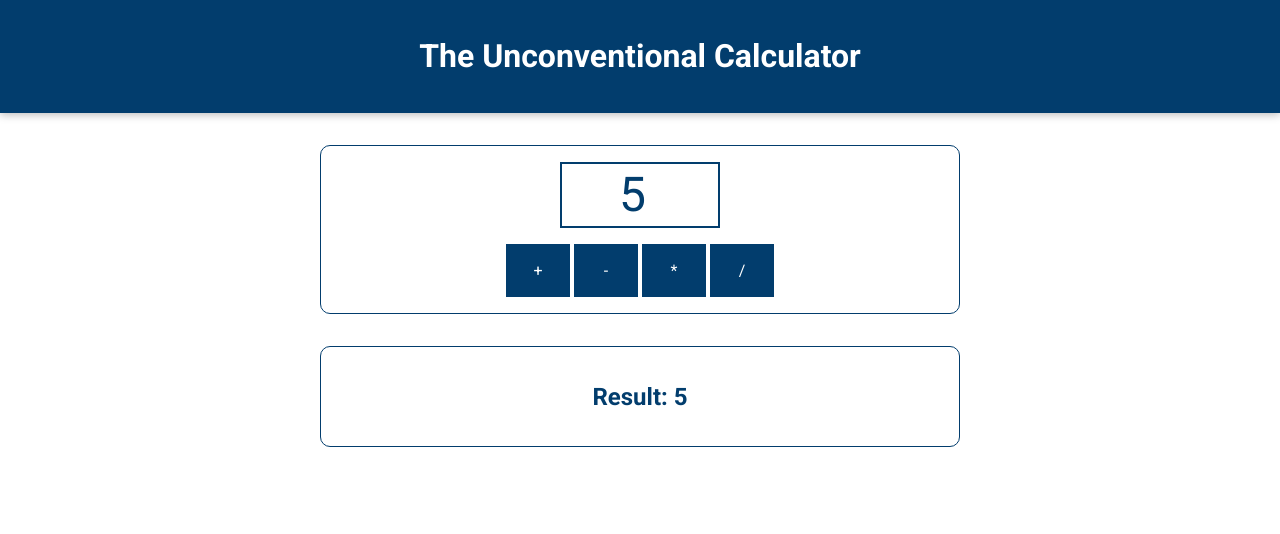
Repository: rafal-bedkowski/JSFundamentalCourse
Page: index.html
The author's editor kept a copy of each file at every save. The page is drawn from the files as they stood at one save, then again after the next save.
The browser window is 1280 px wide. The pictures show the whole page.
Empty fields were first filled with sample values (such as "Sample", 5 or name@example.com).
After loading, the first visible `#btn-add` was clicked once.

Above is the page before, as saved 2022-09-07 12:35:29.

After the next save:
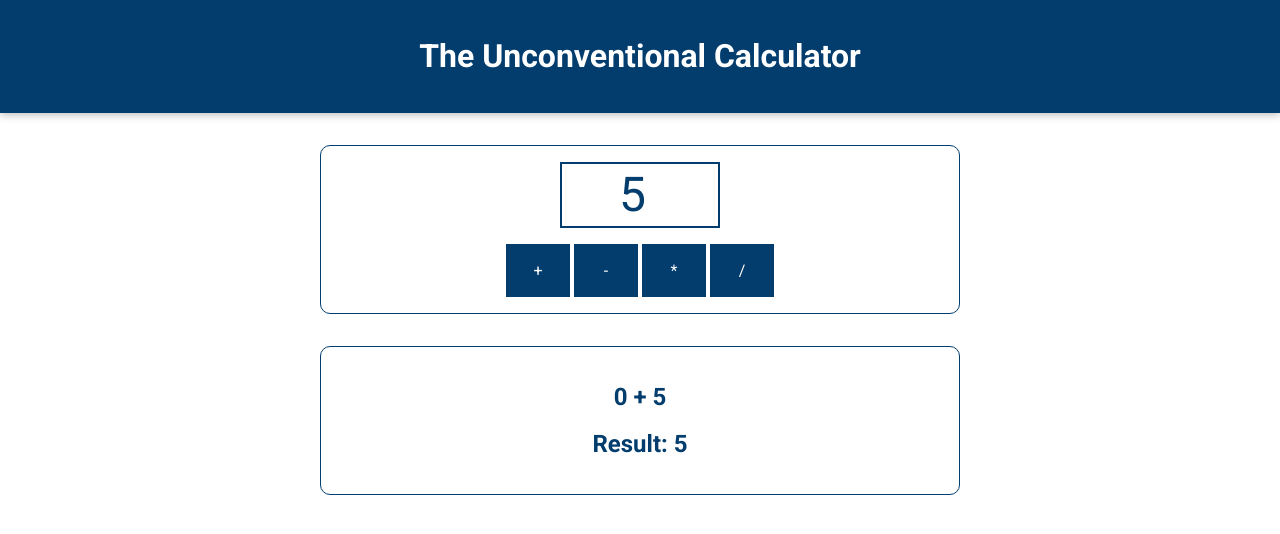
Saved 32 s later.
--- a/assets/scripts/app.js
+++ b/assets/scripts/app.js
@@ -4,7 +4,7 @@ let currentResult = defaultResult;
 function addition() {
   const calcDescription = `${currentResult} + ${userInput.value}`;
   currentResult = currentResult + parseInt(userInput.value);
-  outputResult(currentResult);
+  outputResult(currentResult, calcDescription);
 }
 
 addBtn.addEventListener('click', addition);
